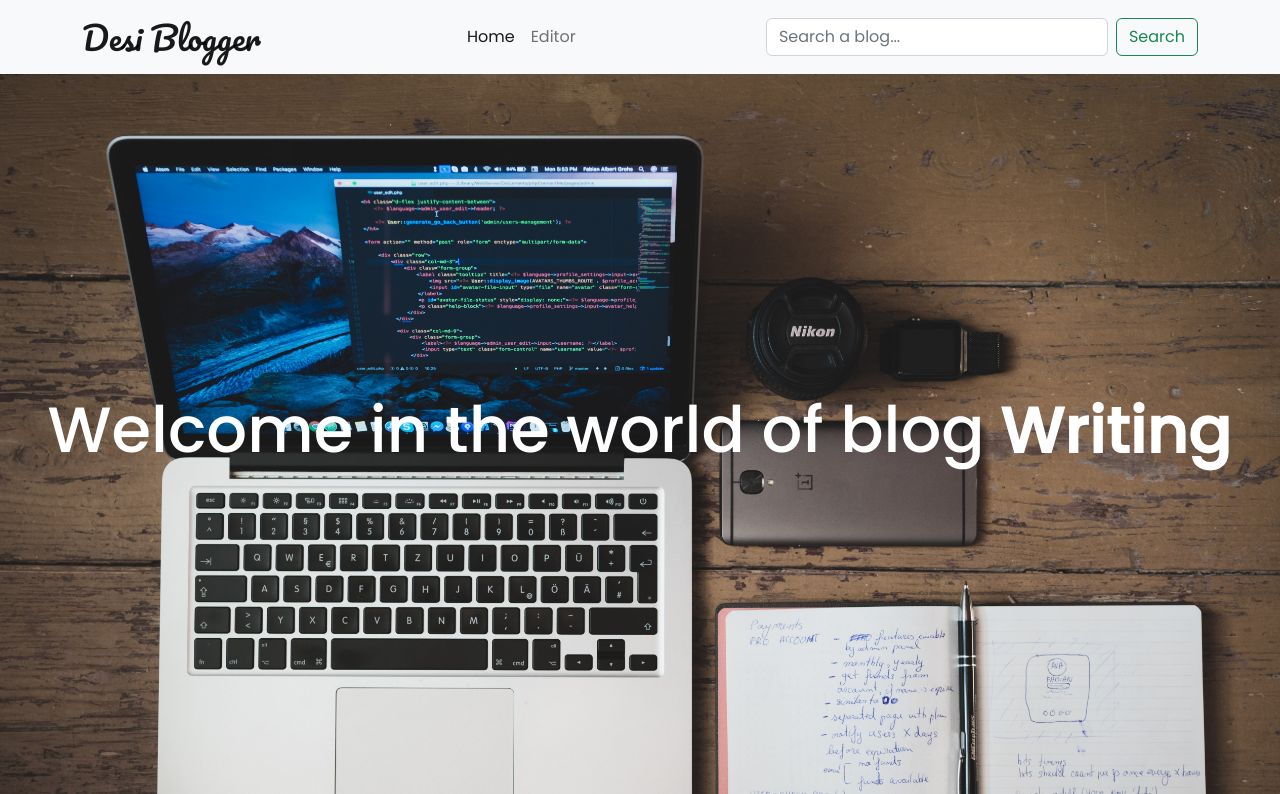
Repository: badhon252/Desi_Blogger
Page: public/home.html
The author's editor kept a copy of each file at every save. The page is drawn from the files as they stood at one save, then again after the next save.
The browser window is 1280 px wide. The pictures show the whole page.

Above is the page before, as saved 2022-11-15 20:45:18.

### public/home.html
<!DOCTYPE html>
<html lang="en">

<head>
    <meta charset="UTF-8">
    <meta http-equiv="X-UA-Compatible" content="IE=edge">
    <meta name="viewport" content="width=device-width, initial-scale=1.0">

    <!-- favicon  -->
    <link rel="icon" sizes="180x180" href="./img/favicon_io/android-chrome-192x192.png">

    <!-- bs-5 link -->
    <link rel="stylesheet" href="https://cdn.jsdelivr.net/npm/bootstrap@5.2.2/dist/css/bootstrap.min.css">
    <!-- custom css  -->
    <link rel="stylesheet" href="css/home.css">
    <!-- fonts  -->
    <link rel="preconnect" href="https://fonts.googleapis.com">
    <link rel="preconnect" href="https://fonts.gstatic.com" crossorigin>
    <link href="https://fonts.googleapis.com/css2?family=Poppins:wght@400;500;600;700;800;900&display=swap"
        rel="stylesheet">
    <title>Desi-Blogger</title>
</head>

<body>
    <header id="header">
        <nav class="navbar navbar-expand-lg bg-light">
            <div class="container">
                <a class="navbar-brand" href="#">Desi Blogger</a>
                <button class="navbar-toggler" type="button" data-bs-toggle="collapse"
                    data-bs-target="#navbarSupportedContent" aria-controls="navbarSupportedContent"
                    aria-expanded="false" aria-label="Toggle navigation">
                    <span class="navbar-toggler-icon"></span>
                </button>
                <div class="collapse navbar-collapse" id="navbarSupportedContent">
                    <ul class="navbar-nav m-auto mb-2 mb-lg-0">
                        <li class="nav-item">
                            <a class="nav-link active" href="#">Home</a>
                        </li>
                        <li class="nav-item">
                            <a class="nav-link" href="#">Editor</a>
                        </li>

                    </ul>
                    <form class="d-flex" role="search">
                        <input class="form-control me-2" type="search" placeholder="Search a blog..."
                            aria-label="Search">
                        <button class="btn btn-outline-success" type="submit">Search</button>
                    </form>
                </div>
            </div>
        </nav>
        <section class="content">
            <h1 class="heading">
                <span class="small">
                    Welcome in the world of</span>
                blog
                <span class="no-phill">Writing</span>
            </h1>


        </section>
    </header>

    <script src="https://cdn.jsdelivr.net/npm/bootstrap@5.2.2/dist/js/bootstrap.bundle.min.js"></script>
</body>

</html>

### public/css/home.css
@import url("https://fonts.googleapis.com/css2?family=Pacifico&display=swap");
* {
  margin: 0;
  padding: 0;
  box-sizing: border-box;
}

body {
  font-family: "Poppins", sans-serif;
  background-image: repeating-linear-gradient(
      45deg,
      rgb(255, 255, 255) 0px,
      rgb(255, 255, 255) 10px,
      transparent 10px,
      transparent 11px
    ),
    repeating-linear-gradient(
      135deg,
      rgb(255, 255, 255) 0px,
      rgb(255, 255, 255) 10px,
      transparent 10px,
      transparent 11px
    ),
    linear-gradient(90deg, rgba(213, 211, 217, 0.33), rgba(213, 211, 217, 0.33));
  position: relative;
}
::selection {
  background: #1b1b1b;
  color: #fff;
}

.navbar-brand {
  font-family: "Pacifico", cursive;
  font-size: 2rem;
}

.content {
  width: 100%;
  height: calc(100vh);
  background-image: url(../img/altumcode-XMFZqrGyV-Q-unsplash.jpg);
  background-size: cover;
  display: flex;
  justify-content: center;
  align-items: center;
}

.content .heading {
  font-size: 4rem;
  color: #fff;
  text-align: center;
}
.content .small {
  font-size: 4rem;
  color: #fff;
  text-align: center;
}
.content .no-phill {
  -webkit-text-stroke: 2px #fff;
}

After the next save:
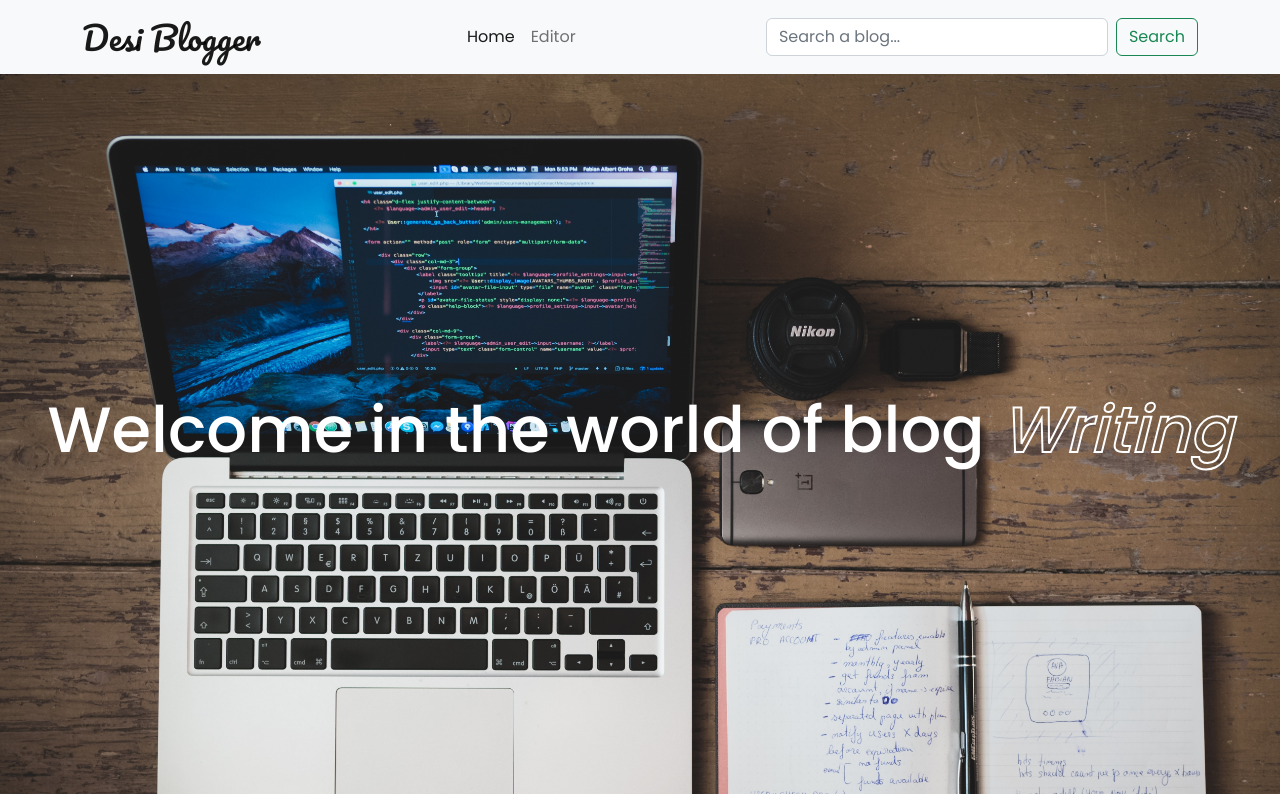
Saved 2 min 6 s later.
--- a/public/css/home.css
+++ b/public/css/home.css
@@ -55,5 +55,7 @@ body {
   text-align: center;
 }
 .content .no-phill {
+  font-style: italic;
+  color: transparent;
   -webkit-text-stroke: 2px #fff;
 }
